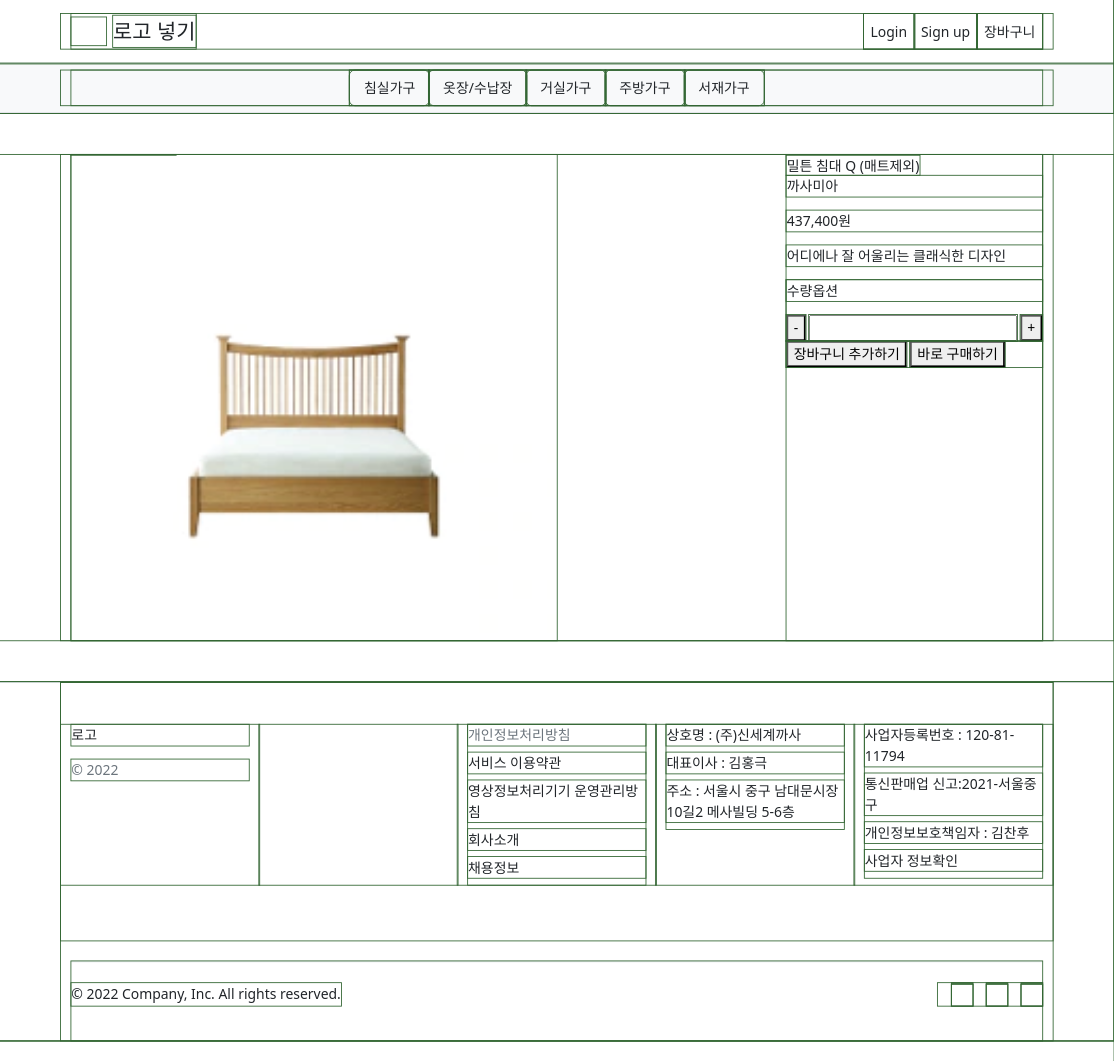
Repository: raoniee/Elice-House-Project
Page: FE/views/pages/main/item-detail-page.html
An editor plug-in stored every save of this project. The page is shown before and after the next save, followed by the edit.
The browser window is 1280 px wide. The pictures show the whole page, at 87% of full size.

Above is the page before, as saved 2023-07-06 15:00:00.

After the next save:
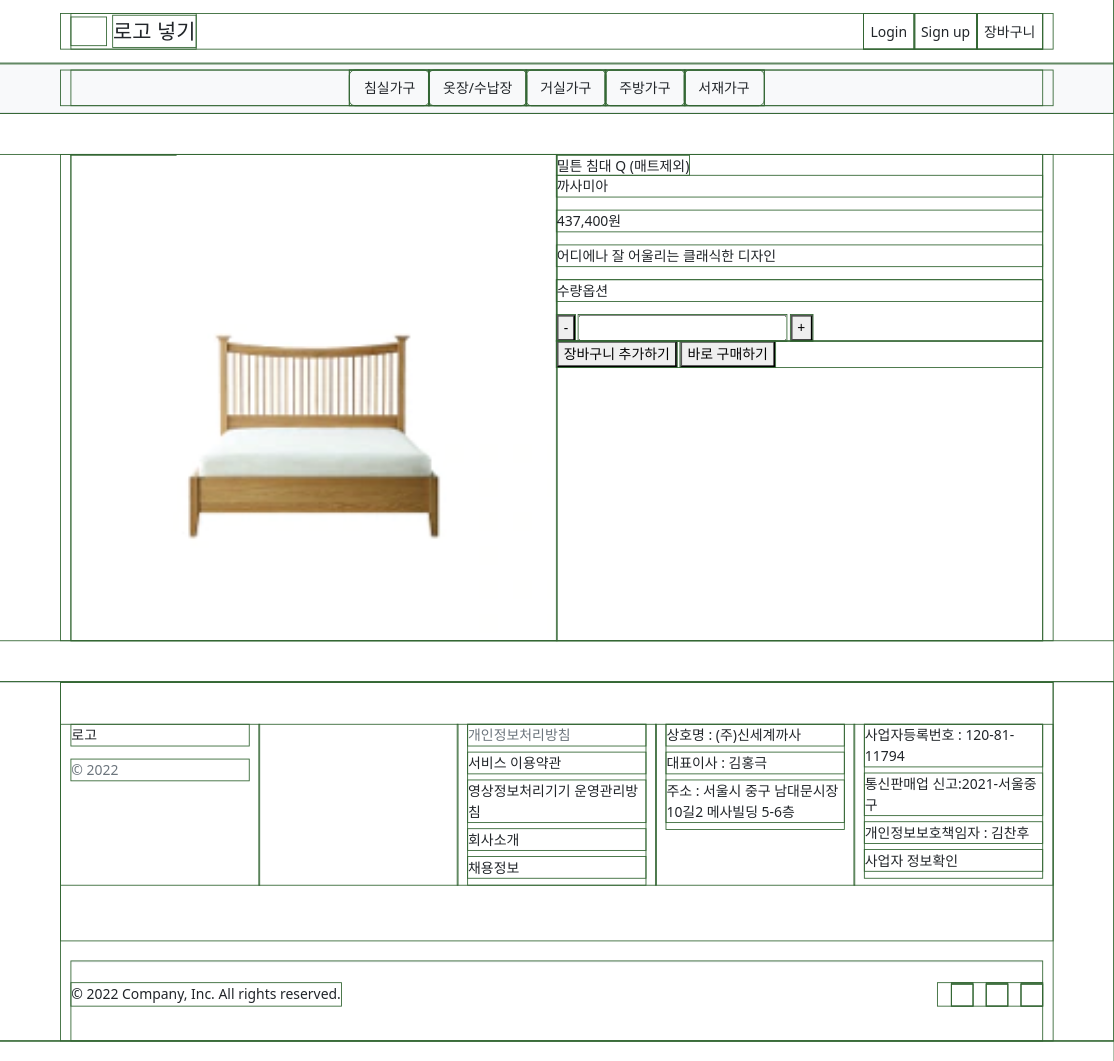
Saved 15 s later.
--- a/FE/views/pages/main/item-detail-page.html
+++ b/FE/views/pages/main/item-detail-page.html
@@ -51,7 +51,7 @@
             src="../../../public/assets/imgs/item-list-card.webp"
             alt="가구"
           />
-          <div class="item_detail_content">
+          <div class="item_detail_content w-50">
             <span class="item_detail_name">밀튼 침대 Q (매트제외)</span>
             <p class="item_detail_brand">까사미아</p>
             <p class="item_detail_price">437,400원</p>
